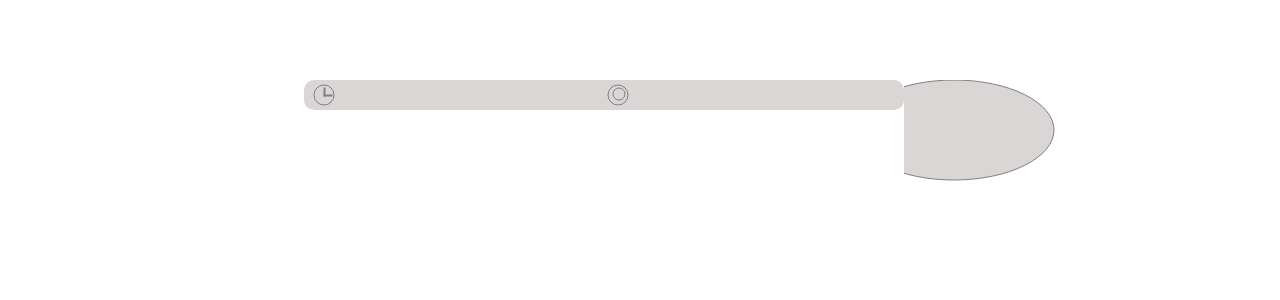
Repository: Gaj123-coder/emoji-search-app
Page: /
The author's editor kept a copy of each file at every save. The page is drawn from the files as they stood at one save, then again after the next save.
The browser window is 1280 px wide. The pictures show the whole page.
The project was rebuilt for these pictures with package versions that can differ from the ones it lists, and the page was loaded fresh each time.

Above is the page before, as saved 2021-10-30 14:39:34.

After the next save:
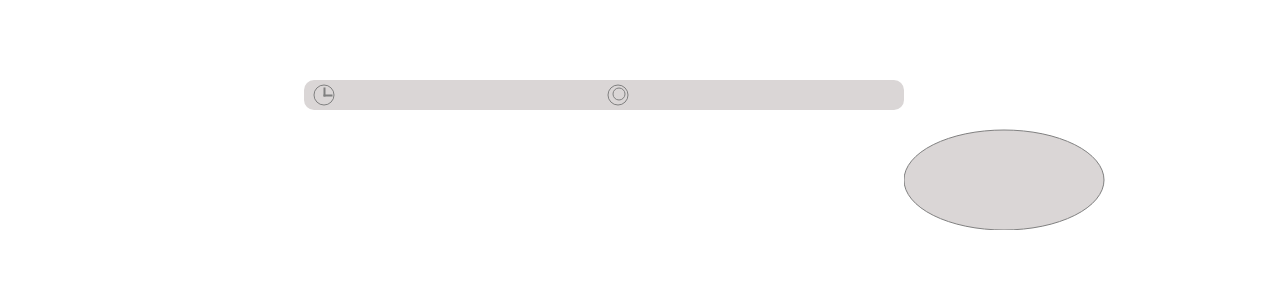
Saved 15 s later.
--- a/src/App.js
+++ b/src/App.js
@@ -18,7 +18,7 @@ function App() {
       </div>
       <div>
         <svg>
-          <ellipse cx="50" cy="50" rx="100" ry="50" stroke="grey" strokeWidth="1px" fill="rgb(218, 214, 214)"/>
+          <ellipse cx="100" cy="100" rx="100" ry="50" stroke="grey" strokeWidth="1px" fill="rgb(218, 214, 214)"/>
         </svg>
       </div>
     </div>
